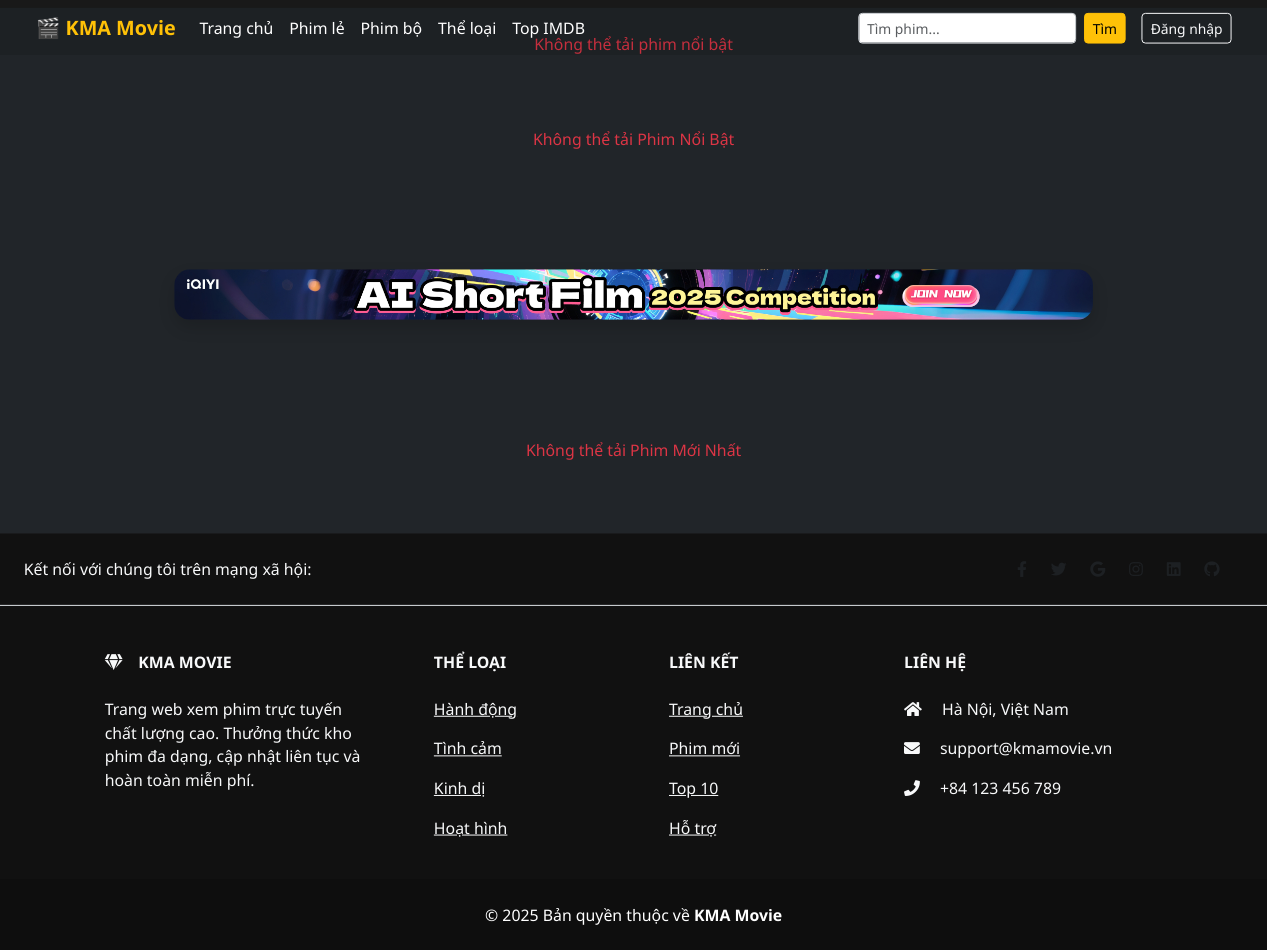
Repository: takagi2004/KMA_Nhom27_TTCS_WebXemFilm_FonEnd
Page: /
An editor plug-in stored every save of this project. The page is shown before and after the next save, followed by the edit.
The browser window is 1280 px wide. The pictures show the whole page, at 99% of full size.
The page's requests for data from a server got no answer. The project was rebuilt for these pictures with package versions that can differ from the ones it lists, and the page was loaded fresh each time. No one was signed in, and anything a server would have sent is missing. Also part of the build but not shown: src/layout/danhsachphim/Props/PhimCard.tsx.

Above is the page before, as saved 2025-08-07 01:49:15.

After the next save:
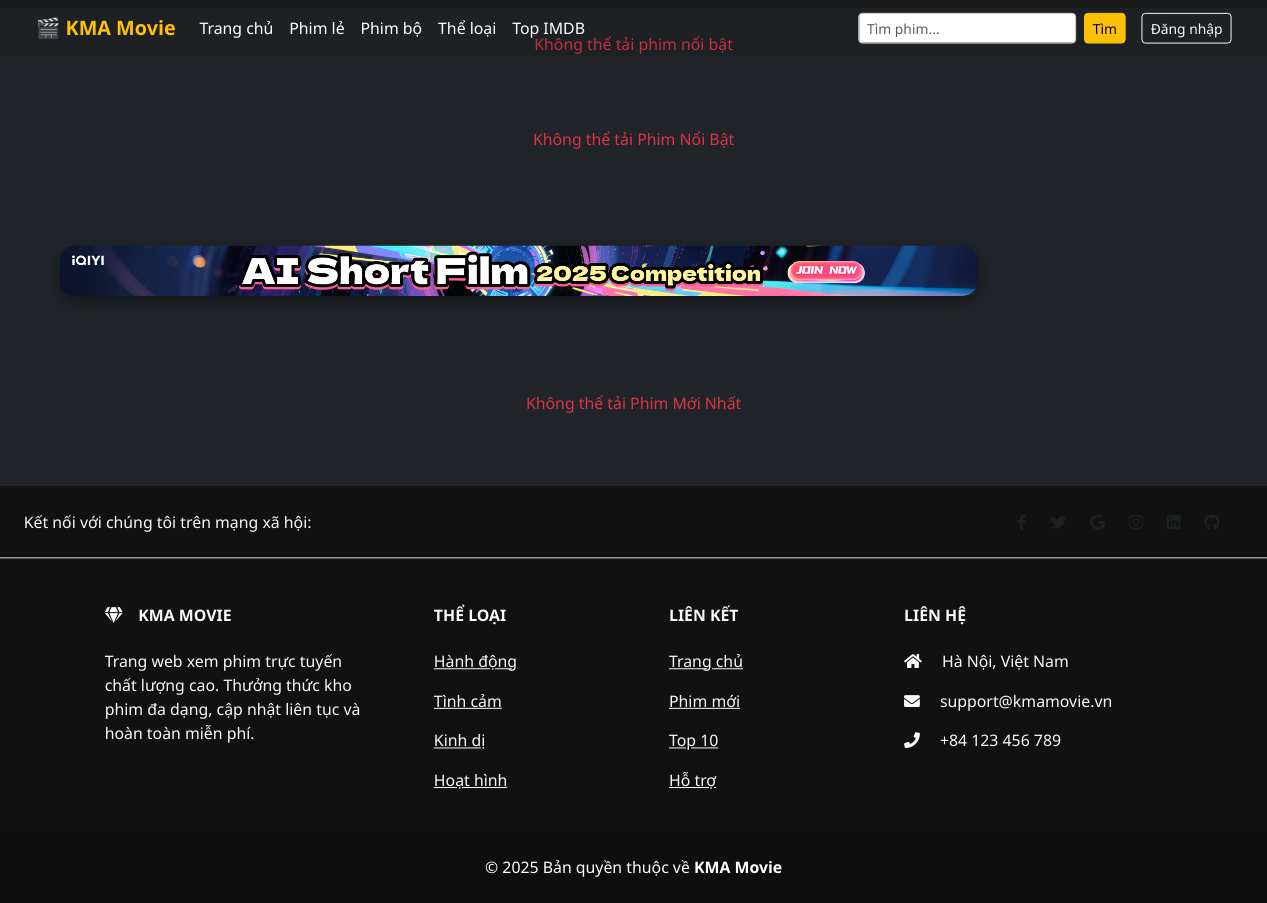
Saved 1 s later.
--- a/src/layout/header/Header.tsx
+++ b/src/layout/header/Header.tsx
@@ -8,41 +8,36 @@
 const Header: React.FC = () => {
   return (
     <div className="bg-dark">
-      {/* NAVBAR */}
+      {/* ================== NAVBAR ================== */}
       <Navbar />
 
-      {/* CAROUSEL */}
+      {/* ================== CAROUSEL ================== */}
       <div className="mt-2 mb-4">
         <Carousel />
       </div>
 
-      {/* MAIN CONTENT */}
-      <main className="container-fluid d-flex flex-column pb-5">
+      {/* ================== DANH SÁCH PHIM ================== */}
+      <main className="container-fluid d-flex flex-column gap-4 pb-5">
+        {/* Danh sách 1 */}
+        <DanhSachPhim
+          title="Phim Nổi Bật"
+          fetchApi={() => PhimAPI.getPhimNoiBat(30)}
+        />
 
-        {/* Danh sách 1 */}
-        <section className="mb-4">
-          <DanhSachPhim
-            title="Phim Nổi Bật"
-            fetchApi={() => PhimAPI.getPhimNoiBat(30)}
-          />
-        </section>
-
-        {/* Banner giữa */}
-        <section className="text-center my-4">
+        {/* Banner giữa 2 danh sách phim */}
+        <div className="banner-mid my-4">
           <img
             src={BannerMid}
-            alt="Banner giữa danh sách phim"
-            className="banner-mid img-fluid shadow"
+            alt="Sự kiện đặc biệt"
+            className="img-fluid w-100"
           />
-        </section>
+        </div>
 
         {/* Danh sách 2 */}
-        <section className="mt-4">
-          <DanhSachPhim
-            title="Phim Mới Nhất"
-            fetchApi={() => PhimAPI.getPhimMoiNhat(20)}
-          />
-        </section>
+        <DanhSachPhim
+          title="Phim Mới Nhất"
+          fetchApi={() => PhimAPI.getPhimMoiNhat(20)}
+        />
       </main>
     </div>
   );
